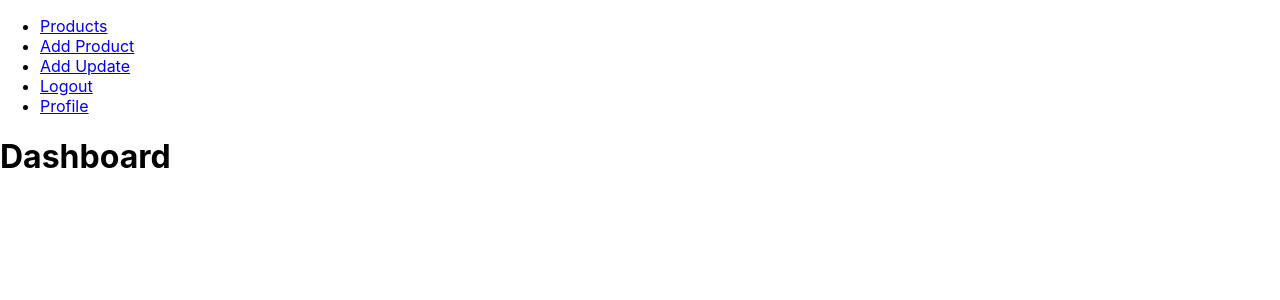
Repository: ItsMoloy/React-Ecommerce
Page: /
These files come from the project's save history. The page is drawn as it stood at one moment and after the next save; the edit follows.
The browser window is 1280 px wide. The pictures show the whole page.
The project was rebuilt for these pictures with package versions that can differ from the ones it lists, and the page was loaded fresh each time.

Above is the page before, as saved 2025-05-18 03:28:42.

### src/App.js
import './App.css';
import Nav from'./Nav.js';
import {BrowserRouter} from 'react-router-dom';

function App() {
  return (
    <div className="App">
      <BrowserRouter>
      <Nav />
   <h1>Dashboard</h1>
   </BrowserRouter>
    </div>
  );
}

export default App;

### src/Nav.js
import React from 'react';
import { Link } from 'react-router-dom';

const Nav = () => {
    return (
        <div>
            <ul className="nav">
                   <li><Link to="/">Products</Link></li>
                    <li><Link to="/add">Add Product</Link></li>
                     <li><Link to="/update">Add Update</Link></li>
                      <li><Link to="/logout">Logout</Link></li>
                       <li><Link to="/profile">Profile</Link></li>
            </ul>
        </div>
    )
}
export default Nav;

### src/App.css

.nav-ul li{
  display: inline-block;
}

@media (prefers-reduced-motion: no-preference) {
  .App-logo {
    animation: App-logo-spin infinite 20s linear;
  }
}

.App-header {
  background-color: #282c34;
  min-height: 100vh;
  display: flex;
  flex-direction: column;
  align-items: center;
  justify-content: center;
  font-size: calc(10px + 2vmin);
  color: white;
}

.App-link {
  color: #61dafb;
}

@keyframes App-logo-spin {
  from {
    transform: rotate(0deg);
  }
  to {
    transform: rotate(360deg);
  }
}

Loaded but not shown: public/index.html (common file); src/index.js (common file); src/index.css (common file); src/reportWebVitals.js (common file)

After the next save:
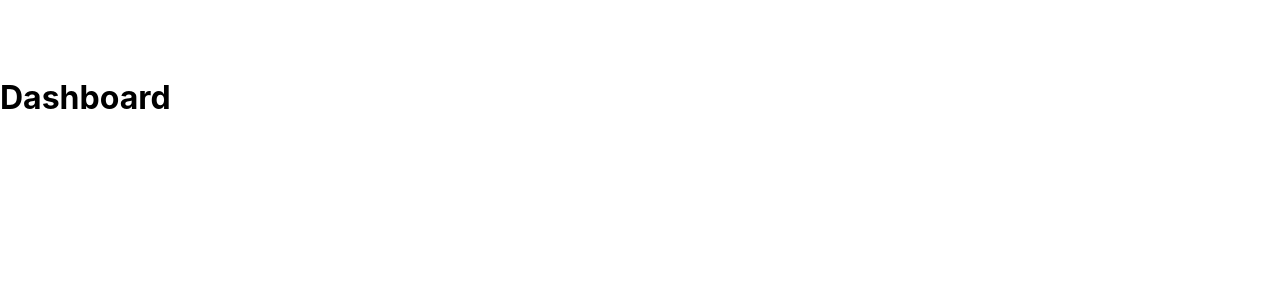
Saved 30 s later.
--- a/src/App.css
+++ b/src/App.css
@@ -1,6 +1,28 @@
 
-.nav-ul li{
+// ...existing code...
+
+.nav {
+  list-style-type: none;
+  padding: 0;
+  margin: 0;
+  background-color: #282c34;
+}
+
+.nav li {
   display: inline-block;
+  margin: 10px 20px;
+}
+
+.nav a {
+  color: white;
+  text-decoration: none;
+  font-size: 18px;
+  padding: 5px 10px;
+}
+
+.nav a:hover {
+  color: #61dafb;
+  transition: color 0.3s ease;
 }
 
 @media (prefers-reduced-motion: no-preference) {
